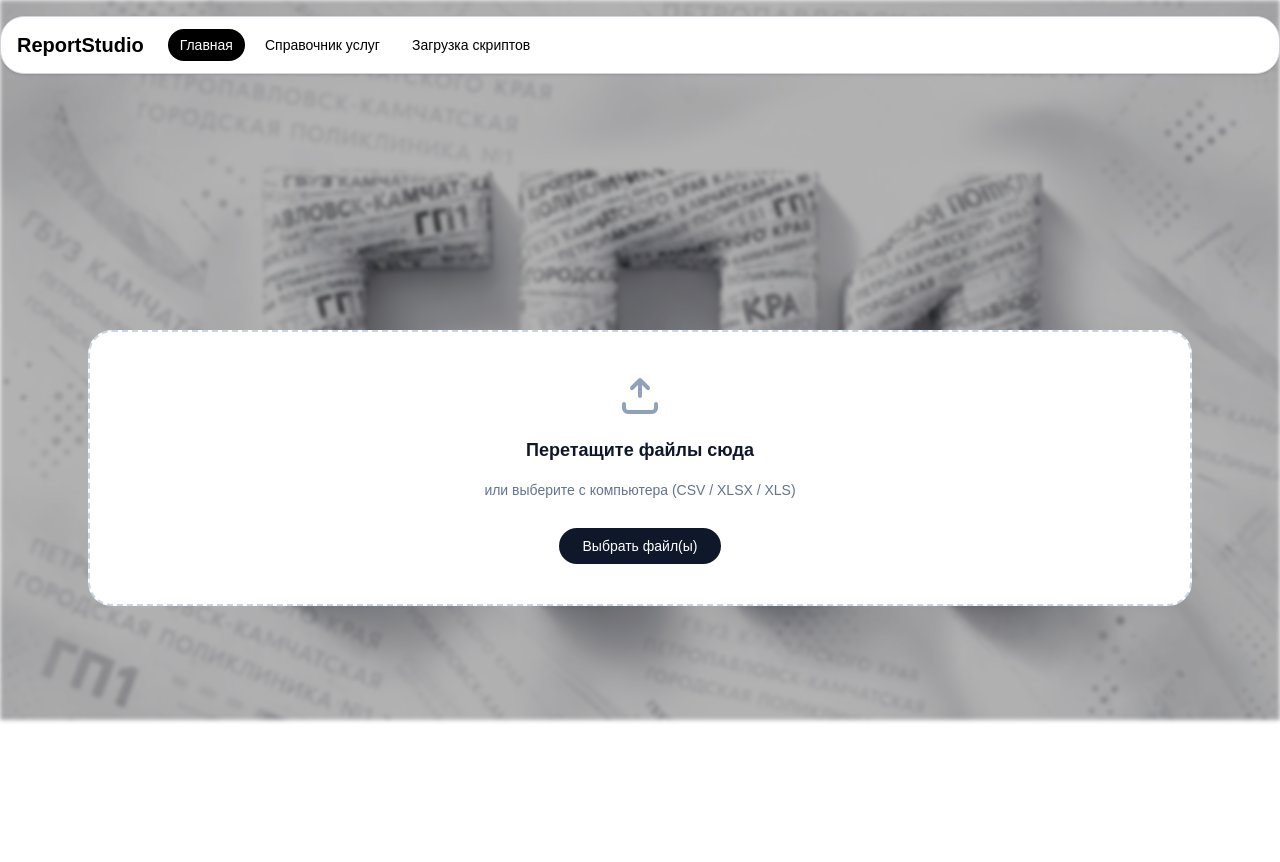
Repository: vladzap2423/report_studio_v2
Page: /
These files come from the project's save history. The page is drawn as it stood at one moment and after the next save; the edit follows.
The browser window is 1280 px wide. The pictures show the whole page.
The project was rebuilt for these pictures with package versions that can differ from the ones it lists, and the page was loaded fresh each time. The framework's server and built-in components were replaced by stand-ins that run in the browser. Also part of the build but not shown: next.config.ts, src/app/components/ScriptsList.tsx.

Above is the page before, as saved 2026-03-16 16:40:29.

### src/app/layout.tsx
import type { Metadata } from "next";
import { Geist, Geist_Mono } from "next/font/google";
import "./globals.css";
import Header from "./components/Header";

const geistSans = Geist({
  variable: "--font-geist-sans",
  subsets: ["latin"],
});

const geistMono = Geist_Mono({
  variable: "--font-geist-mono",
  subsets: ["latin"],
});

export const metadata: Metadata = {
  title: "Create Next App",
  description: "Generated by create next app",
};

export default function RootLayout({
  children,
}: Readonly<{
  children: React.ReactNode;
}>) {
  return (
    <html lang="en">
      <body
        className={`${geistSans.variable} ${geistMono.variable} antialiased`}
      >
        <Header

          title="ReportStudio"
          links={[
            { label: "Главная", href: "/" },
            { label: "Справочник услуг", href: "/services" },
            { label:"Загрузка скриптов", href: "/load"}
          ]}
        />
        {children}
      </body>
    </html>
  );
}

### src/app/page.tsx
"use client";
import { useState } from "react";
import DropZone from "./components/DropZone";
import ScriptsList from "./components/ScriptsList";

export default function HomePage() {
  const [files, setFiles] = useState<File[]>([]);
  const [showDrop, setShowDrop] = useState(true);

  const handleFilesPicked = (picked: File[]) => {
    setFiles(picked);
    setShowDrop(false);
  };

  const resetFiles = () => {
    setFiles([]);
    setShowDrop(true);
  };

  return (
    <main className="min-h-screen relative">
      <div className="mx-auto max-w-6xl px-6 py-14">
        {showDrop ? (
          <DropZone onFilesPicked={handleFilesPicked} />
        ) : (
          <>
            <button onClick={resetFiles} className="mb-6 rounded-2xl bg-slate-900 px-5 py-3 text-white">
              Загрузить новый файл
            </button>
            <ScriptsList files={files} />
          </>
        )}
      </div>
    </main>
  );
}

### src/app/globals.css
@import "tailwindcss";

:root {
  --background: #ffffff;
  --foreground: #171717;
  color-scheme: light;
}

@theme inline {
  --color-background: var(--background);
  --color-foreground: var(--foreground);
  --font-sans: var(--font-geist-sans);
  --font-mono: var(--font-geist-mono);
}

body {
  background: var(--background);
  color: var(--foreground);
  font-family: Arial, Helvetica, sans-serif;
  position: relative; /* важно для ::before */
  min-height: 100vh;
}

body::before {
  content: "";
  position: fixed;
  top: 0;
  left: 0;
  width: 100%;
  height: 100%;
  background-image: url("/fon.png");
  background-size: cover;
  background-position: center;
  background-repeat: no-repeat;
  filter: blur(2px) brightness(0.7);
  z-index: -1; /* чтобы контент был поверх фона */
}

### src/app/components/Header.tsx
"use client";

import React from "react";
import Link from "next/link";
import { usePathname } from "next/navigation";

type HeaderProps = {
  title?: string;
  links?: { label: string; href: string }[];
};

const Header: React.FC<HeaderProps> = ({ title = "ReportStudio", links = [] }) => {
  const pathname = usePathname();

  return (
    <header className="w-full flex justify-center mt-4">
      <div className="w-full max-w-7xl px-4 py-3 flex items-center space-x-6 bg-white border border-gray-300 rounded-3xl shadow-sm">

        {/* Название */}
        <div className="text-xl font-semibold text-black">
          {title}
        </div>

        {/* Меню */}
        <nav className="flex space-x-2">
          {links.map((link) => {
            const isActive = pathname === link.href;

            return (
              <Link
                key={link.href}
                href={link.href}
                className={`px-3 py-1.5 rounded-3xl text-sm transition-colors ${
                  isActive
                    ? "bg-black text-white"
                    : "text-black hover:bg-gray-100"
                }`}
              >
                {link.label}
              </Link>
            );
          })}
        </nav>

      </div>
    </header>
  );
};

export default Header;

### src/app/components/DropZone.tsx
"use client";

import { useRef, useState, DragEvent, ChangeEvent, useCallback } from "react";

type DropZoneProps = {
  accept?: string;
  onFilesPicked: (files: File[]) => void;
};

export default function DropZone({ accept = ".csv,.xlsx,.xls", onFilesPicked }: DropZoneProps) {
  const dragDepth = useRef(0);
  const inputRef = useRef<HTMLInputElement | null>(null);

  const [isDragging, setIsDragging] = useState(false);
  const [error, setError] = useState<string | null>(null);
  const [files, setFiles] = useState<File[]>([]);

  const validateFiles = useCallback((picked: File[]) => {
    if (!picked.length) return "Файл не выбран";
    const bad = picked.find(f => ![".csv", ".xlsx", ".xls"].some(ext => f.name.toLowerCase().endsWith(ext)));
    if (bad) return `Файл "${bad.name}" не поддерживается. Разрешены CSV / XLSX / XLS.`;

    const total = picked.reduce((s, f) => s + f.size, 0);
    if (total > 200 * 1024 * 1024) return "Слишком большой объём. Максимум 200MB.";
    return null;
  }, []);

  const handlePicked = useCallback((picked: File[]) => {
    const err = validateFiles(picked);
    if (err) {
      setError(err);
      setFiles([]);
      return;
    }
    setError(null);
    setFiles(picked);
    onFilesPicked(picked);
  }, [onFilesPicked, validateFiles]);

  const onPickClick = () => inputRef.current?.click();

  const onDrop = (e: DragEvent<HTMLDivElement>) => {
    e.preventDefault();
    dragDepth.current = 0;
    setIsDragging(false);
    const picked = Array.from(e.dataTransfer.files || []);
    if (!picked.length) return;
    handlePicked(picked);
  };

  return (
    <div className="flex flex-col gap-6 py-50">
      <div
        onDragEnter={e => { e.preventDefault(); dragDepth.current += 1; setIsDragging(true); }}
        onDragOver={e => e.preventDefault()}
        onDragLeave={e => { e.preventDefault(); dragDepth.current -= 1; if (dragDepth.current <= 0) setIsDragging(false); }}
        onDrop={onDrop}
        className={`relative flex flex-col items-center justify-center gap-4 rounded-3xl border-2 border-dashed p-10 transition-all duration-200
          ${isDragging ? "border-emerald-400 bg-emerald-50" : "border-slate-300 bg-white hover:border-slate-400"}`}
      >
        <svg className="w-12 h-12 text-slate-400" fill="none" stroke="currentColor" viewBox="0 0 24 24">
          <path strokeWidth={2} strokeLinecap="round" strokeLinejoin="round" d="M4 16v2a2 2 0 002 2h12a2 2 0 002-2v-2M12 12v-8m0 0L8 8m4-4l4 4" />
        </svg>
        <p className="text-lg font-semibold text-slate-900">Перетащите файлы сюда</p>
        <p className="text-sm text-slate-500">или выберите с компьютера (CSV / XLSX / XLS)</p>

        <button
          type="button"
          onClick={onPickClick}
          className="mt-3 rounded-full bg-slate-900 px-6 py-2 text-white text-sm font-medium hover:bg-slate-800 active:bg-slate-900"
        >
          Выбрать файл(ы)
        </button>

        <input
          ref={inputRef}
          type="file"
          accept={accept}
          multiple
          className="hidden"
          onChange={(e: ChangeEvent<HTMLInputElement>) => {
            const picked = Array.from(e.target.files || []);
            if (!picked.length) return;
            handlePicked(picked);
          }}
        />
      </div>

      {error && (
        <div className="rounded-lg border border-rose-200 bg-rose-50 px-4 py-3 text-sm text-rose-700">
          {error}
        </div>
      )}

      {files.length > 0 && (
        <div className="flex flex-col gap-2 mt-4">
          {files.map((f, idx) => (
            <div
              key={idx}
              className="flex items-center justify-between rounded-xl border border-slate-200 bg-slate-50 px-4 py-2 text-sm text-slate-700"
            >
              <span className="font-medium">{f.name}</span>
              <span className="text-xs text-slate-500">{(f.size / 1024 / 1024).toFixed(2)} MB</span>
            </div>
          ))}
        </div>
      )}
    </div>
  );
}

After the next save:
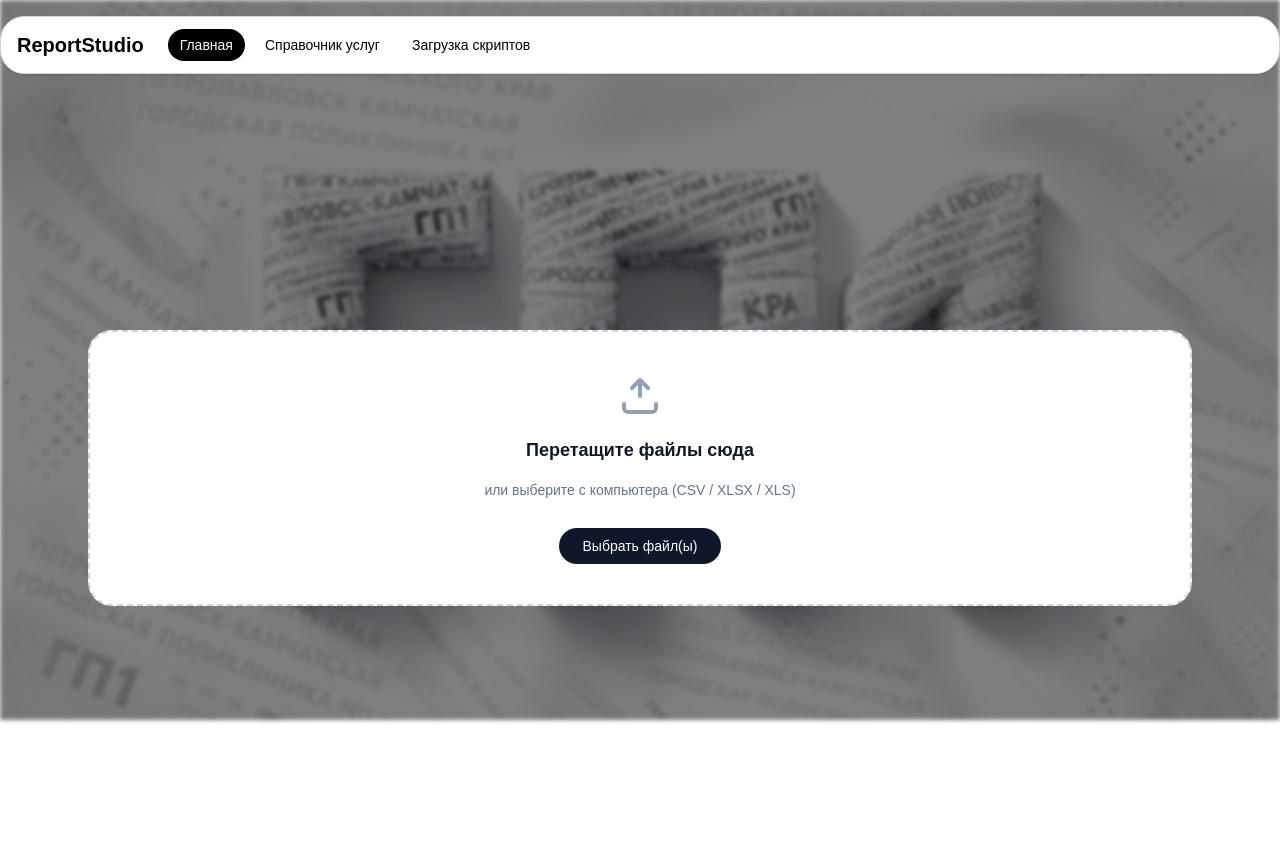
Saved 10 s later.
--- a/src/app/globals.css
+++ b/src/app/globals.css
@@ -32,6 +32,6 @@
   background-size: cover;
   background-position: center;
   background-repeat: no-repeat;
-  filter: blur(2px) brightness(0.7);
+  filter: blur(2px) brightness(0.5);
   z-index: -1; /* чтобы контент был поверх фона */
 }

After the save that followed:
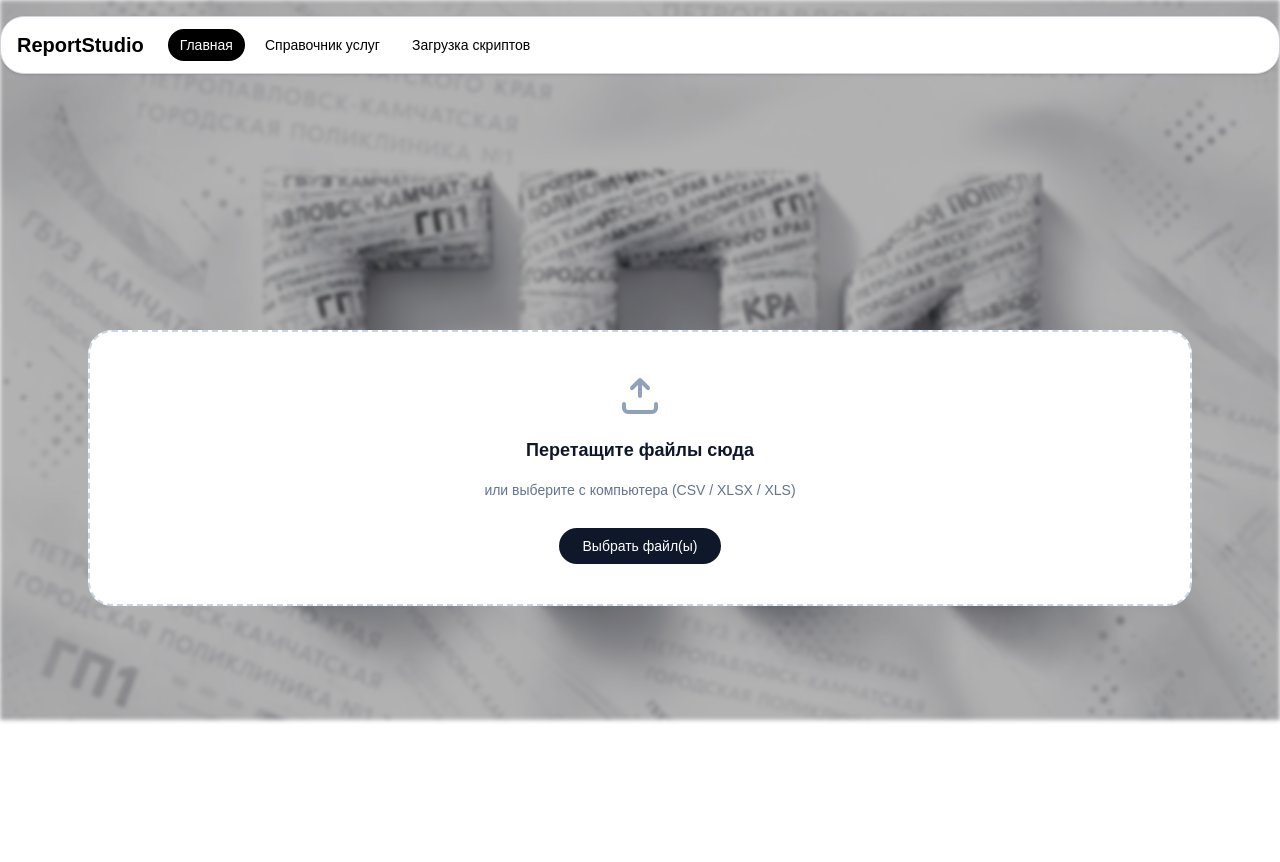
Saved 6 s later.
--- a/src/app/globals.css
+++ b/src/app/globals.css
@@ -32,6 +32,6 @@
   background-size: cover;
   background-position: center;
   background-repeat: no-repeat;
-  filter: blur(2px) brightness(0.5);
+  filter: blur(2px) brightness(0.7);
   z-index: -1; /* чтобы контент был поверх фона */
 }
